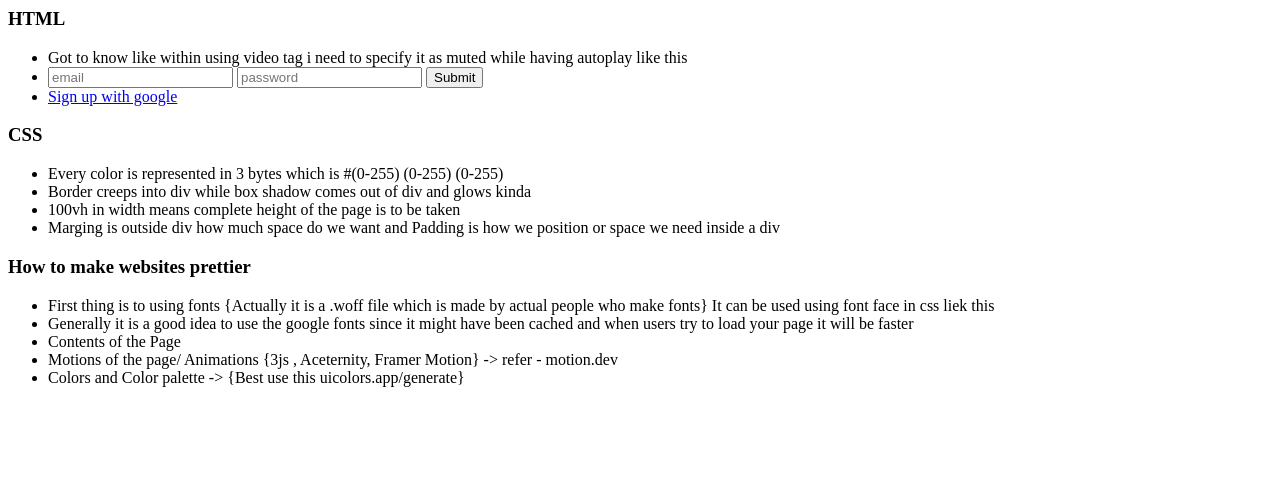
Repository: RohanSai22/harkirat-cohort-learnings
Page: Web/w1.html
An editor plug-in stored every save of this project. The page is shown before and after the next save, followed by the edit.
The browser window is 1280 px wide. The pictures show the whole page.

Above is the page before, as saved 2026-03-24 03:40:22.

### Web/w1.html
<html>
    <head>
        <title>My Site</title>
    </head>
    <body>
        <h3>HTML</h3>
        <ul>
            <li>
        Got to know like within using video tag i need to specify it as muted while having autoplay like this
        <!--<video width="300" height="300" autoplay mmuted src="./some.mp4"></video>-->
            </li>
            <li>
                <input type="email" placeholder="email"/>
                <input type ="password" placeholder="password"/>
                <button>Submit</button>
            </li>
            <li>
                <a href="https://www.gmail.com/" target="_blank">Sign up with google</a>
            </li>
        </ul>
        <h3>CSS</h3>
        <ul>
        <li>
            Every color is represented in 3 bytes which is #(0-255) (0-255) (0-255)
        </li>
        <li>
            Border creeps into div while box shadow comes out of div and glows kinda
        </li>
        <li>
            100vh in width means complete height of the page is to be taken
        </li>
        <li>
            Marging is outside div how much space do we want and Padding is how we position or space we need inside a div
        </li>
        </ul>
        <h3>How to make websites prettier</h3>
        <ul>
            <li>
                First thing is to using fonts {Actually it is a .woff file which is made by actual people who make fonts}
                It can be used using font face in css liek this
                <!--
                @font-face{
                name : fancy-font
                url :  fonts.google.com/fancy-font.woff
                }
                #somediv{
                font-family : fancy-font
                }
                -->
            </li>
            <li>
                Generally it is a good idea to use the google fonts since it might have been cached and when users try to load your page it will be faster
            </li>
            <li>
                Contents of the Page
            </li>
            <li>
                Motions of the page/ Animations {3js , Aceternity, Framer Motion} -> refer - motion.dev
            </li>
            <li>
                Colors and Color palette -> {Best use this uicolors.app/generate}
            </li>
        </ul>
    </body>
</html>

After the next save:
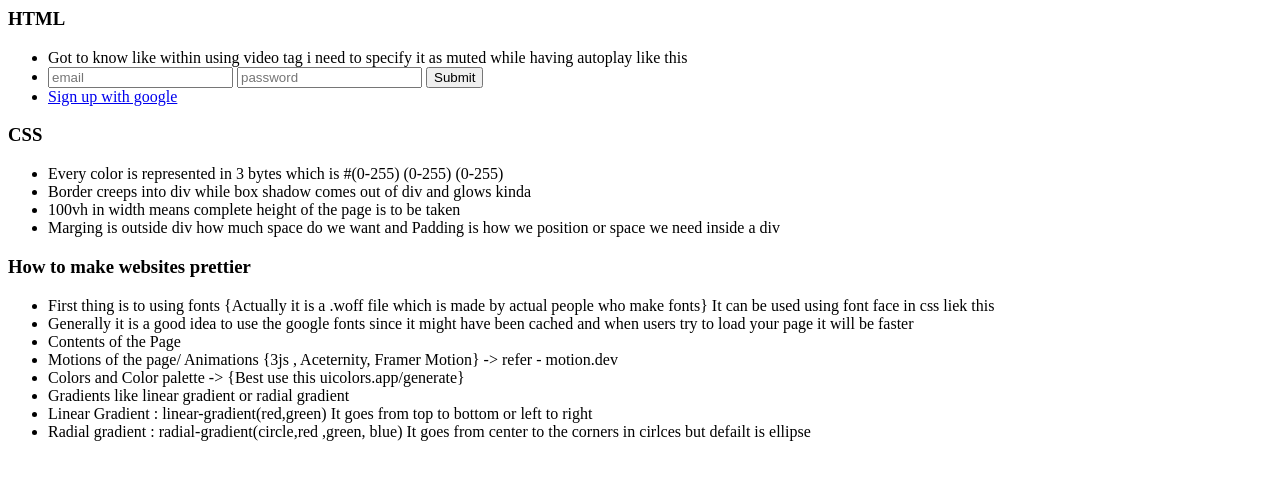
Saved 3 min 48 s later.
--- a/Web/w1.html
+++ b/Web/w1.html
@@ -60,6 +60,17 @@
             <li>
                 Colors and Color palette -> {Best use this uicolors.app/generate}
             </li>
+            <li>
+                Gradients like linear gradient or radial gradient
+                <li>
+                    Linear Gradient : linear-gradient(red,green)
+                    It goes from top to bottom or left to right
+                </li>
+                <li>
+                    Radial gradient : radial-gradient(circle,red ,green, blue)
+                    It goes from center to the corners in cirlces but defailt is ellipse
+                </li>
+            </li>
         </ul>
     </body>
 </html>
